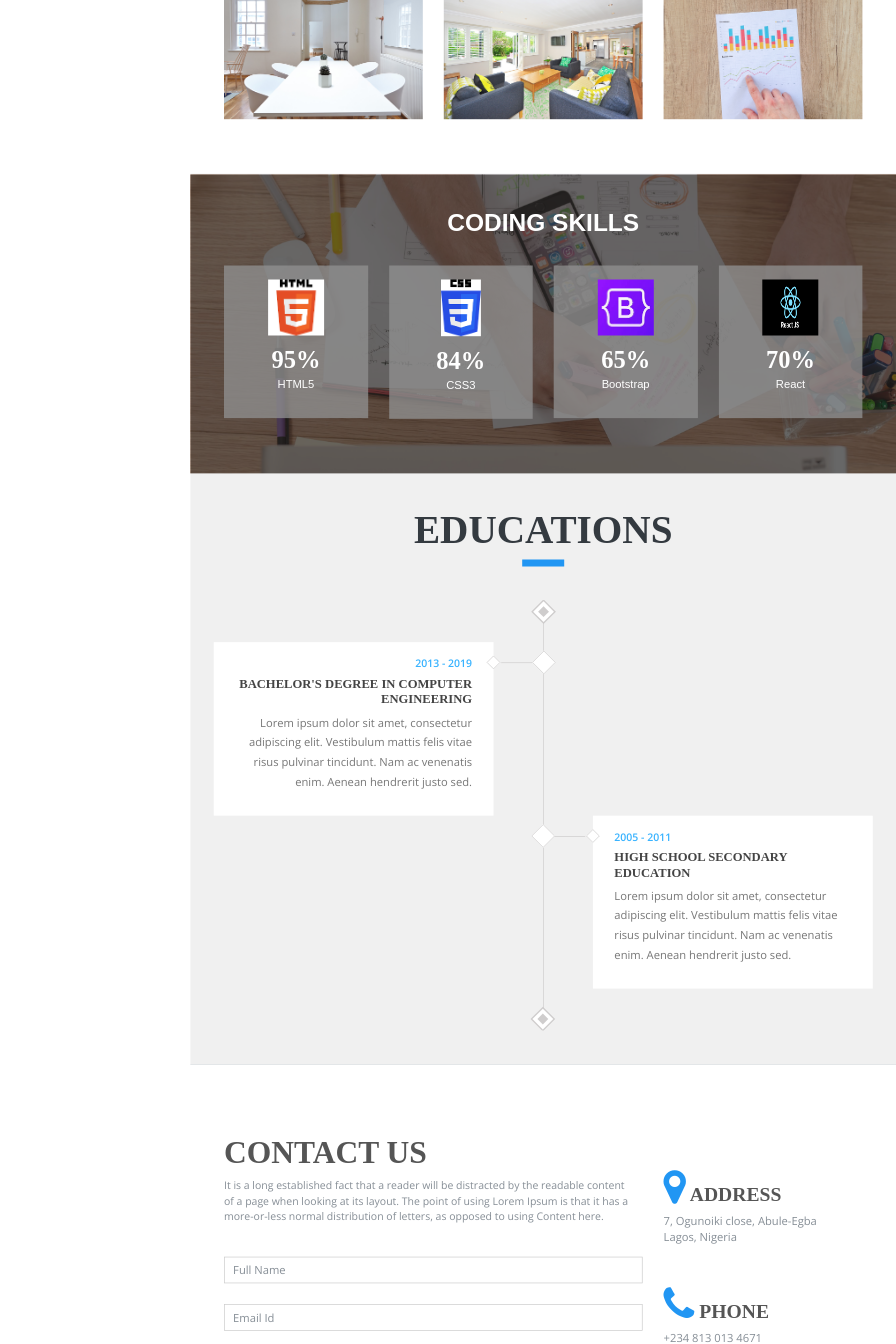
Repository: smit1298/portfolio
Page: index.html
The author's editor kept a copy of each file at every save. The page is drawn from the files as they stood at one save, then again after the next save.
The browser window is 1280 px wide. The pictures show the part of the page from y = 1935 to 3855 px (the page is 4820 px tall before and 5068 px after), at 70% of full size.
Some web fonts or font styles are not loaded; a fallback is used.

Above is the page before, as saved 2021-06-28 18:28:50.

After the next save:
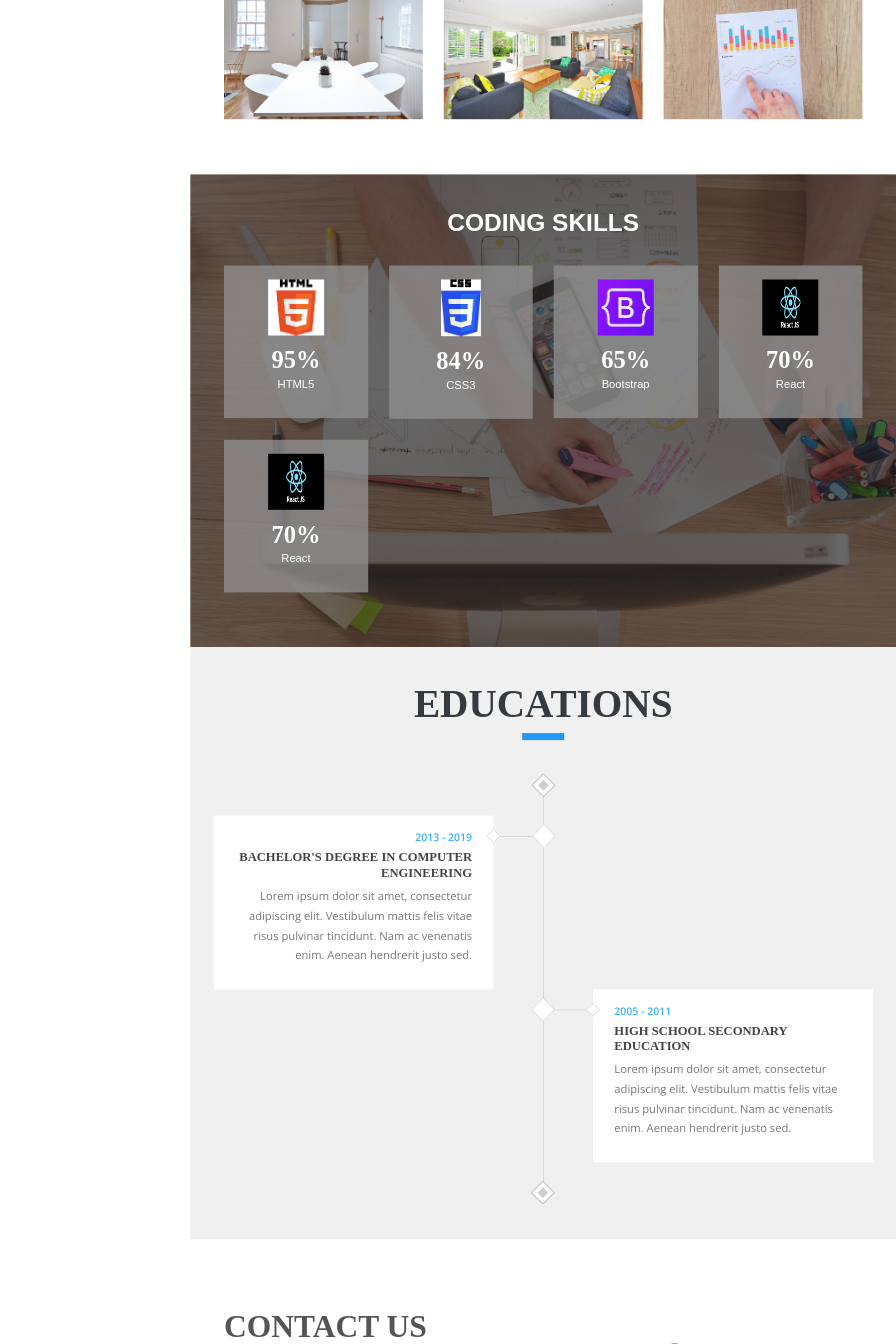
Saved 97 s later.
--- a/index.html
+++ b/index.html
@@ -371,6 +371,12 @@
                 <h2><span class="counter"> 70 </span><span>%</span></h2>
                 <p>React</p>
               </div>
+            </div> <div class="col-md-3 col-sm-6">
+              <div class="skill-item">
+                <img src="./img/skills/react.png" style="width: 80px; height: 80px;" alt="" />
+                <h2><span class="counter"> 70 </span><span>%</span></h2>
+                <p>React</p>
+              </div>
             </div>
           </div>
         </div>
